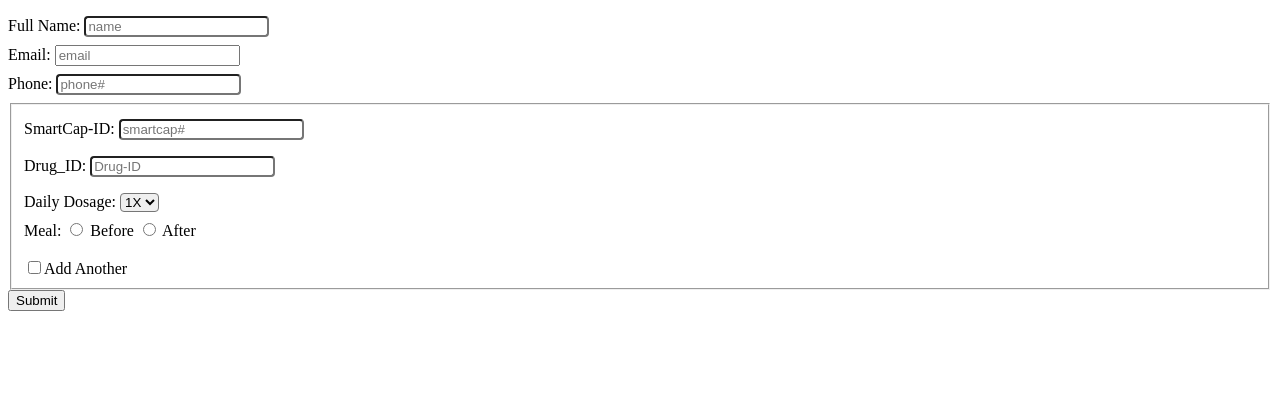
Repository: abhibroto0402/smartcap-service-node
Page: index.html
The author's editor kept a record of every edit. The page is drawn from the files as they stood at one moment, then again after the next edit.
The browser window is 1280 px wide. The pictures show the whole page.

Above is the page before.

### index.html
<!DOCTYPE html>
<html lang="en">

<head>
    <meta charset="UTF-8">
    <title>XYZ Pharmacy</title>
</head>
<script>
    var counter = 0;
    //Funciton to check if the field is left empty
    function checkTextField(field) {
        if (field.value == '') {
            alert(field.name + " field is empty");
        }
    }
    // Function to add more details for drung and smart cap
    function addElements(checkboxElem) {
        if (checkboxElem.checked) {
            //alert("workging!");
            createSmartCapFields();
        }
    }

    function createSmartCapFields(){
        counter++;
        var parent = document.getElementById('files');
         var newElement = document.createElement('fieldset');
         newElement.setAttribute('id', counter);
         var html =  "SmartCap-ID: <input type=\"text\" placeholder=\"smartcap#\" name=\"smartcap"+ counter +"\"> <br> ";
         html= html + "Drug_ID: <input type=\"text\" placeholder=\"Drug-ID\" name=\"smartcap"+counter+"\" id=\"drug_id\"><br> ";
         html= html + "Daily Dosage: <select name=\"smartcap"+counter+"\" id=\"Drug_ID\"><option value=\"1X\">1X</option><option value=\"2X\">2X</option><option value=\"3X\">3X</option><option value=\"4X\">4X</option></select><br>";
         html = html + "Meal:<input type=\"radio\" name=\"smartcap"+counter+"\" id=\"Meal\" value=\"Before\"> Before<input type=\"radio\" name=\"smartcap"+counter+"\" id=\"Meal\" value=\"After\"> After <br><br><input type=\"checkbox\" name=\"add\" onchange=\"addElements(this)\">Add Another<br>";
         newElement.innerHTML =html;
         parent.appendChild(newElement);

    }

</script>
<body>

<style>
input[type=text], select {
    margin: 8px 0;
    display: inline-block;
    border-radius: 4px;
}

input[type=email, select {
    margin: 8px 0;
    display: inline-block;
    border-radius: 4px;
}

buttontype=submit {
    background-color: #4CAF50;
    color: white;
    margin: 8px 0;
    border: none;
    border-radius: 4px;
    cursor: pointer;
}

inputtype=submit:hover {
    background-color: #45a049;
}

div {
    border-radius: 5px;
    background-color: #f2f2f2;
    padding: 20px;
}
</style>

<form action="/patient" method="POST">
    Full Name: <input type="text" placeholder="name" name="name" onblur="checkTextField(this)"><br>
    Email: <input type="email" placeholder="email" name="email" onblur="checkTextField(this)"><br>
    Phone: <input type="text" placeholder="phone#" name="phone" onblur="checkTextField(this)"><br>
    <div id="files">
        <fieldset id="0">
            SmartCap-ID: <input type="text" placeholder="smartcap#" name="smartcap0" onblur="checkTextField(this)"> <br>
            Drug_ID: <input type="text" placeholder="Drug-ID" name="smartcap0" id="drug_id" onblur="checkTextField(this)"><br>
            Daily Dosage: <select name="smartcap0" id="Drug_ID">
                <option value="1X">1X</option>
                <option value="2X">2X</option>
                <option value="3X">3X</option>
                <option value="4X">4X</option>
            </select>
            <br> Meal:
            <input type="radio" name="smartcap0" id="Meal" value="Before"> Before
            <input type="radio" name="smartcap0" id="Meal" value="After"> After <br>
            <br>
            <input type="checkbox" name="add" onchange="addElements(this)">Add Another
            <br>
        </fieldset>
    </div>
    <button type="submit">Submit</button>

    </form>
</body>

</html>

After the next edit:
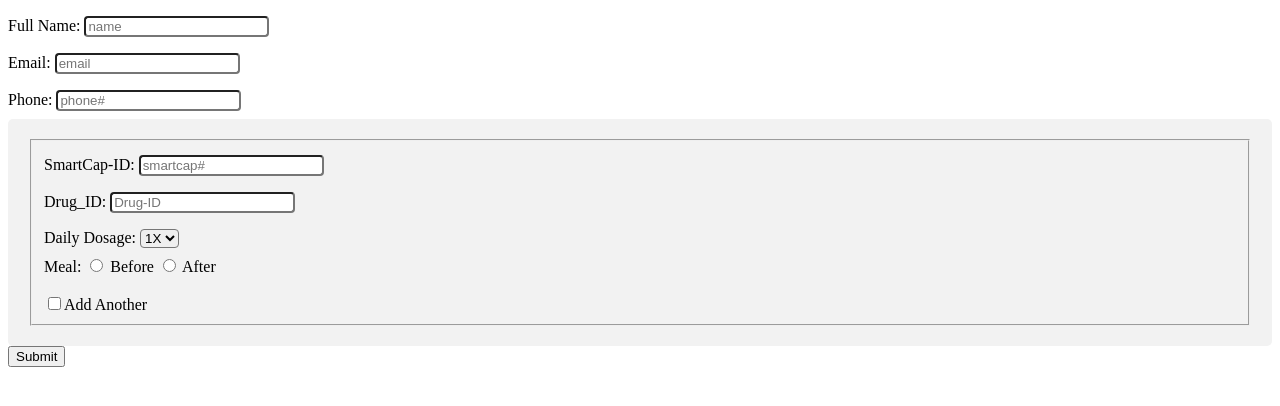
The edit:
--- a/index.html
+++ b/index.html
@@ -45,7 +45,7 @@
     border-radius: 4px;
 }
 
-input[type=email, select {
+input[type=email], select {
     margin: 8px 0;
     display: inline-block;
     border-radius: 4px;
